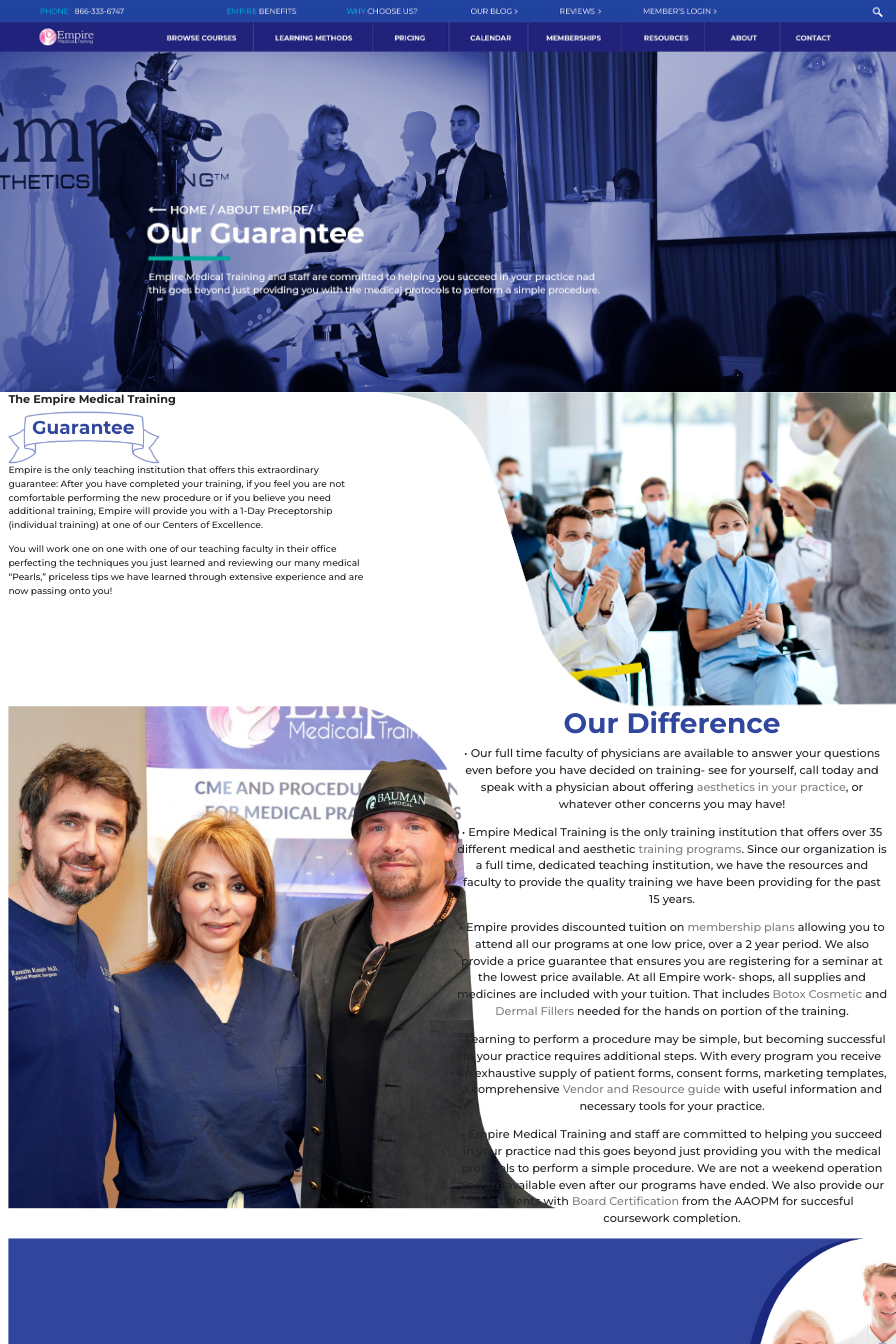
Repository: jorgi710/BODY-CONTOURING-INJECTABLES-AND-ADJUNCT-PROCEDURES
Page: our quarantee/file/src/index.html
The author's editor kept a copy of each file at every save. The page is drawn from the files as they stood at one save, then again after the next save.
The browser window is 1280 px wide. The pictures show the part of the page from y = 0 to 1920 px (the page is 6335 px tall), at 70% of full size.

Above is the page before, as saved 2021-04-06 05:47:45.

After the next save:
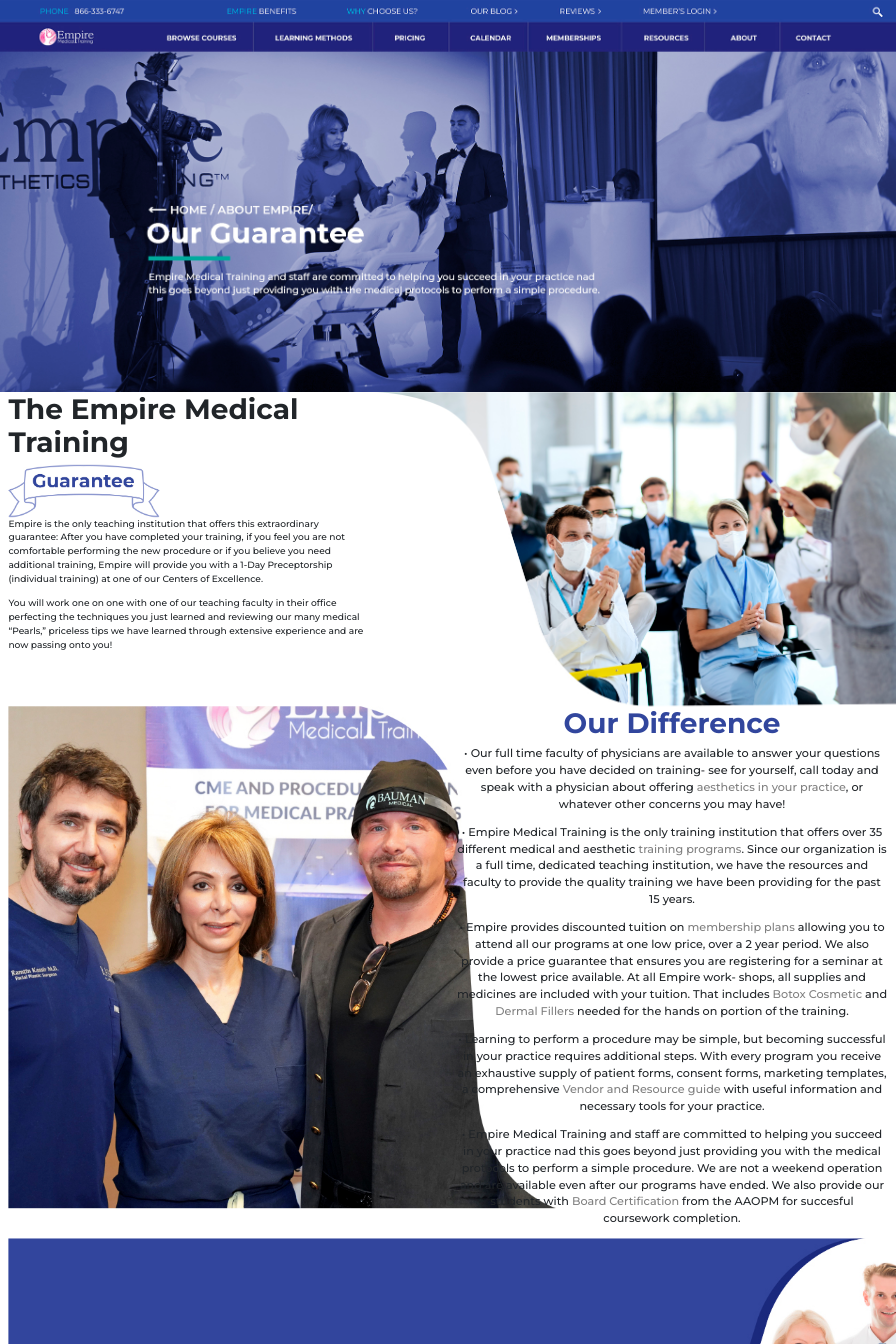
Saved 59 min 51 s later.
--- a/our quarantee/file/css/style.css
+++ b/our quarantee/file/css/style.css
@@ -42,7 +42,7 @@
 .section_1 .row .col-md-5 {
   font-size: small;
 }
-.section_1 .row .col-md-5 h1 {
+.section_1 .container .col-md-5 h1 {
   font-size: medium;
 }
 .section_1 .row .col-md-5 img {

After the save that followed:
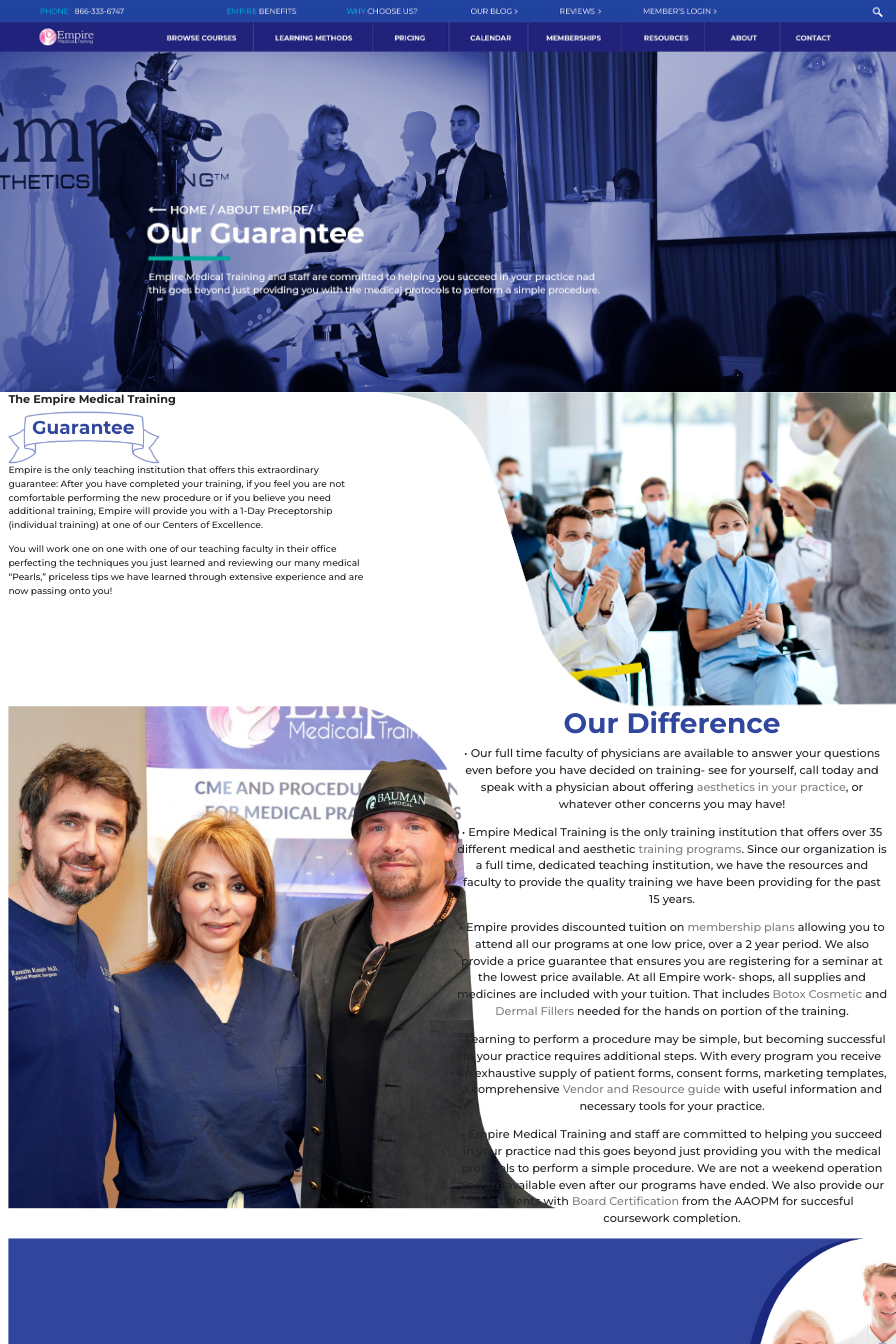
Saved 17 s later.
--- a/our quarantee/file/css/style.css
+++ b/our quarantee/file/css/style.css
@@ -42,7 +42,7 @@
 .section_1 .row .col-md-5 {
   font-size: small;
 }
-.section_1 .container .col-md-5 h1 {
+.section_1 .col-md-5 h1 {
   font-size: medium;
 }
 .section_1 .row .col-md-5 img {
